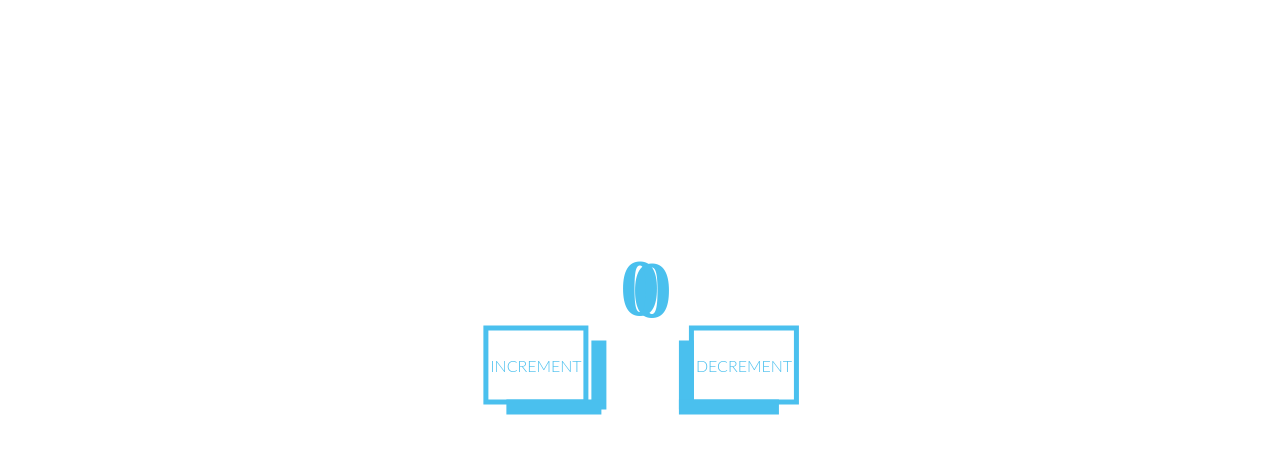
Repository: Ellisvelandia/react_introduction_test
Page: /
An editor plug-in stored every save of this project. The page is shown before and after a run of saves, followed by the edit.
The browser window is 1280 px wide. The pictures show the whole page.
The project was rebuilt for these pictures with package versions that can differ from the ones it lists, and the page was loaded fresh each time. Also part of the build but not shown: src/index.css.

Above is the page before, as saved 2022-08-15 20:21:47.

### src/App.js
import "./App.scss";
import React, { useState } from "react";

const App = () => {
  const [num, changeNum] = useState(0);

  const incrementNum = () => {
    changeNum(num + 2);
  };

  const decrementNum = () => {
    if (num - 1 < 0) {
      alert(`you can't decrease than 0`);
    } else {
      changeNum(num - 2);
    }
  };

  return (
    <>
      <div className="container">
        <h1>{num}</h1>
        <button className="button_I" onClick={incrementNum}>Increment</button>
        <button className="button_D" onClick={decrementNum}>Decrement</button>
      </div>
    </>
  );
};

export default App;

### src/App.scss
* {
  margin: 0;
  padding: 0;
  box-sizing: border-box;
}

body {
  width: 100%;
  height: 100vh;
  display: flex;
  justify-content: center;
  align-items: center;
  flex-direction: column;
}

.container {
  align-self: center;
}

h1 {
  position: absolute;
  left: 50%;
  top: 40%;
  transform: translateX(-50%) translateY(-50%);
  font-size: 5rem;
  text-shadow: 12px 2px #4ac0ee;
  color: #4ac0ee;
}

button {
  font-size: 1rem;
  margin: 5px;
  font-family: "Lato", sans-serif;
  font-weight: 300;
}


.button_I {
  position: absolute;
  left: 45%;
  top: 50%;
  transform: translateX(-50%) translateY(-50%);
  background: #fff;
  max-width: 120px;
  padding: 25px 2px;
  margin-left: -40px;
  border: 5px solid #4ac0ee;
  color: #4ac0ee;
  text-transform: uppercase;
  text-align: center;
  z-index: 2;
  transition: all 0.15s 0.15s ease-out;

  &:after,
  &:before {
    position: absolute;
    width: 100%;
    max-width: 100%;
    top: 100%;
    left: 0;
    bottom: -10px;
    content: "";
    z-index: 1;
    transition: all 0.15s 0.15s ease-out;
  }

  &:before {
    background: #4ac0ee;
    top: 10px;
    left: 103px;
    height: 100%;
    width: 15px;
  }

  &:after {
    width: 100%;
    background: #4ac0ee;
    right: 0px;
    left: 18px;
    height: 15px;
  }

  &:hover {
    background: #4ac0ee;
    color: #fff;
    margin-left: -7.5px;
    margin-bottom: -7.5px;

    &:after,
    &:before {
      top: 100%;
      left: 0;
      bottom: 0px;
    }

    &:before {
      top: 0px;
      left: 0px;
      width: 0px;
    }

    &:after {
      right: 0px;
      left: 0px;
      height: 0px;
    }
  }
}



.button_D {
  position: absolute;
  left: 55%;
  top: 50%;
  transform: translateX(-50%) translateY(-50%);
  margin-left: 40px;
  background: #fff;
  max-width: 120px;
  padding: 25px 2px;
  border: 5px solid #4ac0ee;
  color: #4ac0ee;
  text-transform: uppercase;
  text-align: center;

  z-index: 2;
  transition: all 0.15s 0.15s ease-out;

  &:after,
  &:before {
    position: absolute;
    width: 100%;
    max-width: 100%;
    top: 100%;
    left: 0;
    bottom: -10px;
    content: "";
    z-index: 1;
    transition: all 0.15s 0.15s ease-out;
  }

  &:before {
    background: #4ac0ee;
    top: 10px;
    left: -15px;
    height: 100%;
    width: 15px;
  }

  &:after {
    width: 100%;
    background: #4ac0ee;
    right: 0px;
    left: -15px;
    height: 15px;
  }

  &:hover {
    background: #4ac0ee;
    color: #fff;
    margin-left: -7.5px;
    margin-bottom: -7.5px;

    &:after,
    &:before {
      top: 100%;
      left: 0;
      bottom: 0px;
    }

    &:before {
      top: 0px;
      left: 0px;
      width: 0px;
    }

    &:after {
      right: 0px;
      left: 0px;
      height: 0px;
    }
  }
}

Loaded but not shown: public/index.html (common file); src/index.js (common file); src/reportWebVitals.js (common file)

After the next 2 saves:
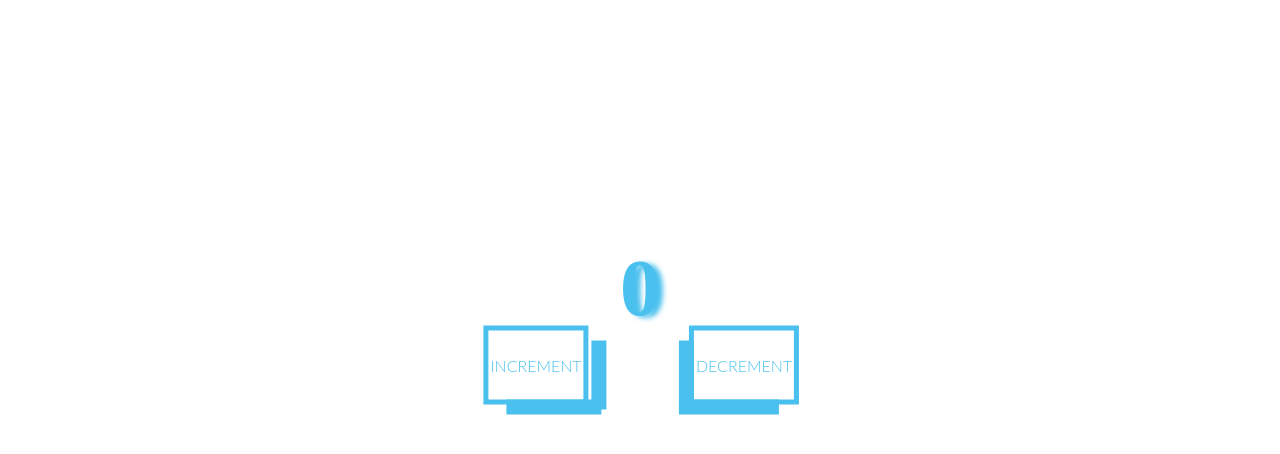
The 2 saves are shown as one change because they came seconds apart.
The last was saved 9 s later.
--- a/src/App.scss
+++ b/src/App.scss
@@ -23,7 +23,7 @@ h1 {
   top: 40%;
   transform: translateX(-50%) translateY(-50%);
   font-size: 5rem;
-  text-shadow: 12px 2px #4ac0ee;
+  text-shadow: 6px 2px 5px #4ac0ee;
   color: #4ac0ee;
 }
 
